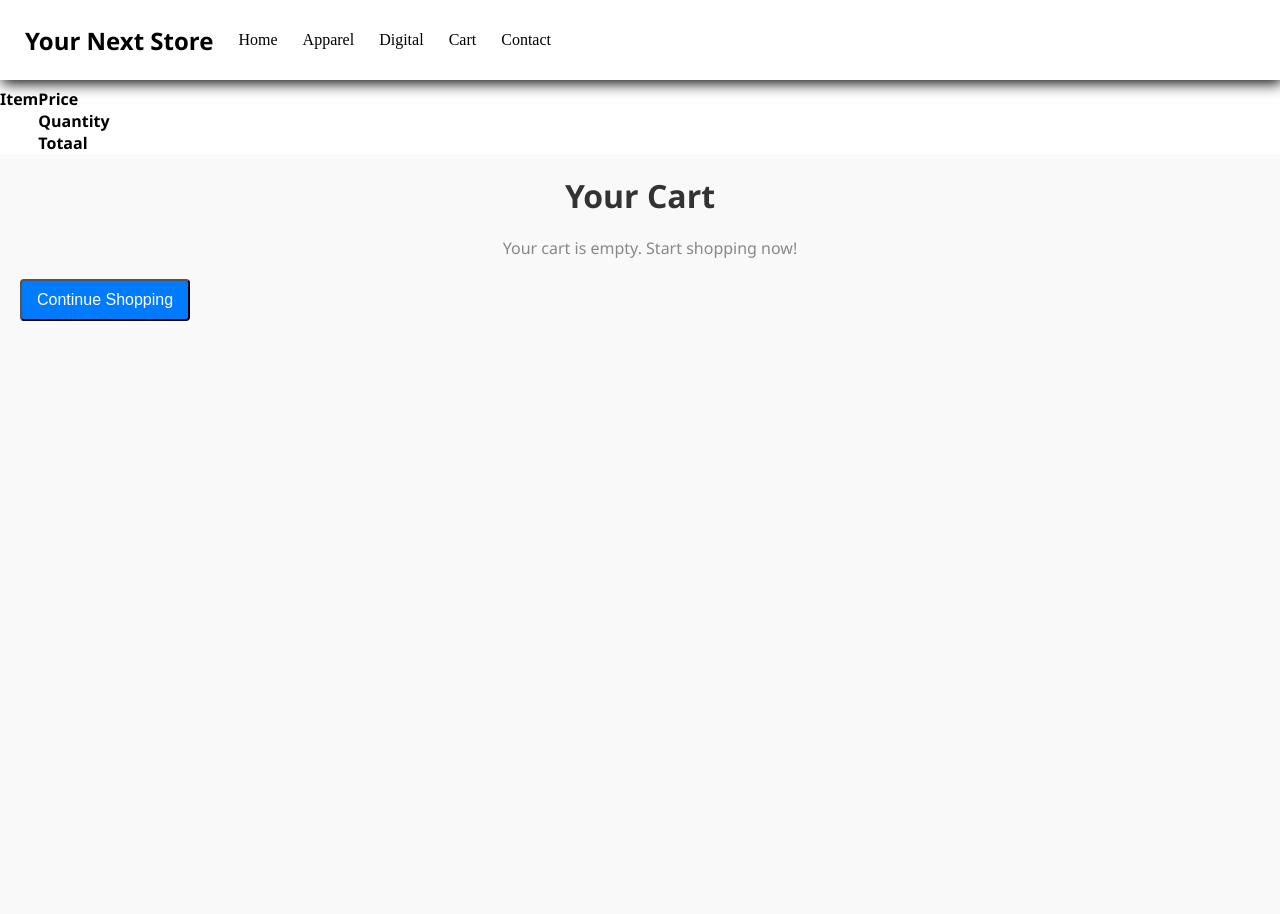
Repository: Sharathguru/React_Project1
Page: /cart
These files come from the project's save history. The page is drawn as it stood at one moment and after a run of saves; the edit follows.
The browser window is 1280 px wide. The pictures show the whole page.
The project was rebuilt for these pictures with package versions that can differ from the ones it lists, and the page was loaded fresh each time. Also part of the build but not shown: vite.config.js, src/Component/Main/Main1.jsx, src/Component/Main/Cloud.jsx, src/Component/Home.jsx, src/Component/NavbarComponent/Apparel.jsx, src/Component/NavbarComponent/Digital.jsx, src/Component/Contact.jsx, src/Component/Main/Signup.jsx and 3 more.

Above is the page before, as saved 2025-01-17 10:48:01.

### src/main.jsx
import { StrictMode } from 'react'
import { createRoot } from 'react-dom/client'

import App from './App.jsx'


createRoot(document.getElementById('root')).render(

  <App></App>

)

### src/App.jsx
import React, { useState } from 'react';
import { createBrowserRouter, RouterProvider } from 'react-router-dom';
import Home from './Component/Home';
import Apparel from './Component/NavbarComponent/Apparel';
import Digital from './Component/NavbarComponent/Digital';
import Contact from './Component/Contact';
import Signup from './Component/Main/Signup';
import LoginPage from './Component/Main/LoginPage';
import Cart from './Component/NavbarComponent/Cart';

import './App.css';
import Terms from './Component/Main/Terms';

const App = () => {
  const [cartItems, setCartItems] = useState([]);

  const router = createBrowserRouter([
    {
      path: "/",
      element: <Signup />,
      children: [
        {
          path: "/terms",
          element: <Terms />,
        },
      ],
    },
    {
      path: "/login",
      element: <LoginPage />,
    },
    {
      path: "/home",
      element: <Home />,
    },
    {
      path: "/apparel",
      element: <Apparel cartItems={cartItems} setCartItems={setCartItems} />,
    },
    {
      path: "/digital",
      element: <Digital />,
    },
    {
      path: "/cart",
      element: <Cart cartItems={cartItems} setCartItems={setCartItems} />,
    },
    {
      path: "/contact",
      element: <Contact />,
    },
  ]);

  return (
    <div>
      <RouterProvider router={router} />
    </div>
  );
};

export default App;

### src/Component/NavbarComponent/Cart.jsx
import React, { useState } from "react";
import { Link } from "react-router-dom";

const Cart = ({ cartItems, setCartItems }) => {
  const handleRemoveFromCart = (productId) => {
    const updatedCart = cartItems.filter((item) => item.id !== productId);
    setCartItems(updatedCart);
  };

  const handleIncreaseQuantity = (productId) => {
    const updatedCart = cartItems.map((item) =>
      item.id === productId ? { ...item, quantity: item.quantity + 1 } : item
    );
    setCartItems(updatedCart);
  };

  const handleDecreaseQuantity = (productId) => {
    const updatedCart = cartItems.map((item) =>
      item.id === productId && item.quantity > 1
        ? { ...item, quantity: item.quantity - 1 }
        : item
    );
    setCartItems(updatedCart);
  };

  return (
    <div>
      <div id="navbar">
        <nav id="navbar-items">
          <div id="navbar-title">
            <h1>Your Next Store</h1>
          </div>
          <Link className="link" to="/home">Home</Link>
          <Link className="link" to="/Apparel">Apparel</Link>
          <Link className="link" to="/digital">Digital</Link>
          <Link className="link" to="/cart">Cart</Link>
          <Link className="link" to="/contact">Contact</Link>
        </nav>
      </div>
      <br /><br /><br /><br />
    <div id="cart-item-navbar">
      <div  id="cart-item-1">
        <h4>Item</h4>
      </div>
      <div id="cart-tem-all">
        <h4>Price</h4>
        <h4>Quantity</h4>
        <h4>Totaal</h4>
      </div>
    </div>
      <div id="cart-content">
        <h1>Your Cart</h1>
        {cartItems && cartItems.length > 0 ? (
          cartItems.map((item) => (
            <div key={item.id} className="cart-item">
              <img src={item.img} alt={item.name} className="cart-item-image" />
              <div className="cart-item-details">
                <h2>{item.name}</h2>
                <p>Price: {item.price}</p>
                <div>
                  <input type="button" value="-" />
                  <input type="button" value="Add" />

                </div>
                <button
                  className="remove-button"
                  onClick={() => handleRemoveFromCart(item.id)}
                >
                  Remove
                </button>
              </div>
            </div>
          ))
        ) : (
          <p>Your cart is empty. Start shopping now!</p>
        )}
        <Link to="/Apparel">
          <button className="continue-shopping-button">Continue Shopping</button>
        </Link>
      </div>
    </div>
  );
};

export default Cart;

### src/App.css
* {
  margin: 0;
  padding: 0;
}
body
{
    font-family: 'Segoe UI', Tahoma, Geneva, Verdana, sans-serif;
}
#navbar {
    width: 100vw;
    height: 80px;
    background: white;
    box-shadow: 2px 3px 14px black;
    display: flex;
    align-items: center;
    justify-content: space-between;
    position: fixed; /* Change from static to fixed */
    top: 0; /* Ensure it sticks to the top of the viewport */
    z-index: 1000; /* Add z-index to make sure it appears above other content */

  }

#navbar-title h1
{
/* padding-bottom: 10px; */
font-weight: 700;
}

#navbar-items {

  width: 45%;
  display: flex;
  justify-content: space-evenly;
  align-items: center;
}


.link {
  text-decoration: none;
  color: black;
  font-size: 16px;
  font-family: "Times New Roman", Times, serif;
}

.link:hover {
  background: linear-gradient(45deg, black, rgb(232, 145, 4));
  -webkit-background-clip: text;
  background-clip: text;
  color: transparent;
}

#navbar-search {
    margin-right: 25px;
  flex-grow: 1;
  display: flex;
  justify-content: flex-end;
  padding-right: 10px;
  align-items: center;
}

#navbar-search input {
  width: 180px;
  height: 30px;
  border: 1px solid #ccc;
  border-radius: 4px;
  padding: 0 10px;
  font-size: 14px;
}
#navbar-search input::placeholder
{
font-size: 12px;
}

#navbar-search i,
#navbar-search a {
  padding-left: 10px;
  font-size: 16px;
  color: #888;
  cursor: pointer;
  text-decoration: none;
}

#navbar-search a:hover {
  background: linear-gradient(45deg, black, rgb(232, 145, 4));
  -webkit-background-clip: text;
  background-clip: text;
  color: transparent;
}

#navbar-icon i {
  padding-right: 20px;
  font-size: 20px;
  cursor: pointer;
  display: none;
}

#navbar-icon i:hover {
  background: linear-gradient(45deg, black, rgb(232, 145, 4));
  -webkit-background-clip: text;
  background-clip: text;
  color: transparent;
}
#home-part1 {
    background-color: rgb(247, 244, 244);
    margin: 100px 0 0 40px; /* Add top margin to prevent overlapping */
    width: 94vw;
    height: 480px;
    position: relative; /* Change position to relative to avoid sticky conflicts */
    display: flex;
    justify-content: space-evenly;
    align-items: center;
}

#home-part1 p
{
    padding-top: 10px;
    color: rgb(83, 79, 80);
}
#home-part1 button
{
    margin-top: 15px;
    background: rgb(46, 48, 49);
    border: none;
    border-radius: 20px;
    width: 90px;
    height: 30px;
    color: white;
    font-weight: bold;
    cursor: pointer;
}

#home-part1-img img
{
    width: 300px;
}
#home-part2
{

    display: flex;
    justify-content: space-evenly;
    flex-wrap: wrap;
    row-gap: 70px;

}
#cloud {
    background-color: rgb(222, 219, 219);
    margin: 10px 0 10px 0px;
    width: 25.4%;
    height: 340px;
    position: relative;
    border-radius: 10px;

}
#cloud img
{
    /* margin-left: 20px; */
    position: relative;
    left: -30px;
    bottom: 10px;
    right: 85px;
    width: 395px;
    height: 350px;
}
#cloud img:hover
{
opacity: 0.5;
transform: translateY(-10px);
}
#home-part2 h1
{
    /* padding-left: 35px; */
    font-size: 25px;
}
#cloud p:first-child {
    padding-left: 80px;
    font-size: 20px;
}

#home-part2a
{
    margin: 20px 0 0 0;
    width: 94vw;
    display: flex;
    justify-content: space-around;

}
#cloud1 img
{
    width: 500px;
    border-radius: 10px;
}
#cloud1a img
{
    width: 500px;
    border-radius: 10px;
}
#para p
{
    margin-right: 20px;
}
#cloud1:hover , #cloud1a:hover {
    opacity: 0.7;
}



/* Outer container */
#border-down {
  margin-top: 20px;
  background-color: rgb(240, 240, 240);
  height: 220px;
  position: relative;
  width: 100%;
  display: flex; /* Flexbox for alignment */
  justify-content: space-between; /* Space between left and right sections */
  align-items: center;
  padding: 20px;
  box-sizing: border-box;
}

/* Left Section */
#details-product-left {
  display: flex;
  flex-direction: column;
  justify-content: center;
  align-items: flex-start;
}

#details-product-left h1 {
  font-size: 18px;
  margin-bottom: 10px;
}

#details-product-left input {
  padding: 8px;
  border: 1px solid #ccc;
  border-radius: 4px;
  margin-right: 10px;
}

#details-product-left button {
  background-color: #1a202c;
  color: #fff;
  border: none;
  padding: 8px 16px;
  border-radius: 4px;
  cursor: pointer;
}

/* Right Section */
#details-product-right {
  display: flex;
  justify-content: space-between;
  align-items: flex-start;
  gap: 50px; /* Space between Products and Support */
}

#details-Product,
#details-Product1 {
  text-align: left;
}

#details-Product h4,
#details-Product1 h4 {
  font-size: 16px;
  margin-bottom: 10px;
}

#details-Product a,
#details-Product1 a {
  text-decoration: none;
  color: #333;
  font-size: 14px;
}

#details-Product a:hover,
#details-Product1 a:hover {
  text-decoration: underline;
}

/* Outer container */
#border-down {
  margin-top: 20px;
  background-color: rgb(240, 240, 240);
  height: 250px;
  position: relative;
  width: 100%;
  display: flex;
  justify-content: space-between;
  align-items: center;
  padding: 20px;
  box-sizing: border-box;
}

/* Left Section */
#details-product-left {
  display: flex;
  flex-direction: column;
  justify-content: flex-start;
  align-items: flex-start;
  gap: 10px;
}

#details-product-left h1 {
  font-size: 18px;
  margin-bottom: 5px;
}

#details-product-left input {
  padding: 8px;
  border: 1px solid #ccc;
  border-radius: 4px;
  margin-right: 10px;
  width: 250px;
}

#details-product-left button {
  background-color: #1a202c;
  color: #fff;
  border: none;
  padding: 8px 16px;
  border-radius: 10px;
  cursor: pointer;
  margin-top: 10px;
}

/* Right Section */
#details-product-right {
  display: flex;
  justify-content: flex-end;
  align-items: flex-start;
  gap: 50px;
}

#details-Product,
#details-Product1 {
  text-align: left;
}

#details-Product h4,
#details-Product1 h4 {
  font-size: 16px;
  margin-bottom: 10px;
}

#details-Product a,
#details-Product1 a {
  text-decoration: none;
  color: #333;
  font-size: 14px;
}

#details-Product a:hover,
#details-Product1 a:hover {
  text-decoration: underline;
}

/* Footer Section */
#footer {
  /* text-align: center; */
  padding: 15px 0;
  font-size: 14px;
  color: #555;
  background-color: rgb(240, 240, 240);
  border-top: 1px solid #ddd;
}

#footer p {
  margin: 5px 0;
}
#Apparel-heading
{
  padding-top: 10px;
  padding-left: 30px;
}
#Apparel-heading h3
{
font-size: 1.5rem;
}
#Apparel-heading p
{
color: #888;
}

#Apparel-detail {
  margin-top: 20px;
  display: flex;
  justify-content: space-evenly;
  flex-wrap: wrap; /* Ensure items wrap on smaller screens */
  /* gap: 10px;  */
  column-gap: 10px;
  row-gap: 120px;
  width: 100%; /* Ensure container fits within the viewport */
}

.Apparel-items-box {
  margin: 0; /* Remove extra margin */
  border-radius: 10px;
  /* background-color: #9e2626; */
  width: 25%; /* Adjust as needed for layout */
  height: 340px;
  box-sizing: border-box;

}

.Apparel-item-all img {
  width: 315px; /* Scale image to fit its container */
  height: 339px; /* Ensure image stretches to container height */
 border-radius: 20px;
}

.Apparel-item-all img:hover
{
opacity: 0.5;
transform: translateY(-5px);
cursor: pointer;
}

.Apparel-item-all h1
{
 margin: 40px  0 0 0;
font-size: 1.3rem;
text-align: center;
}
.Apparel-item-all p
{
text-align: center;
}

/* Target the 10th Apparel-items-box */
.Apparel-items-box:nth-child(10) {
 margin-right: 63%;
}
#Digital-title h2,p
{
  padding-left: 20px;
}
#Digital-title p
{
color: #888;
}
#Digital-item
{
  display: flex;
  flex-wrap: wrap;
  justify-content: space-evenly;
}

.Digital-item-all
{
  margin: 30px 0 0 30px;

}
.Digital-item-all img
{
  border-radius: 10px;
  width: 370px;
  transform: translateY(-10px);
}
/* General Contact Form Styling */
#contact {
  margin: 40px auto;
  padding: 20px;
  max-width: 600px;
  border: 1px solid #ddd;
  border-radius: 8px;
  background-color: #f9f9f9;
}

#contact-item {
  text-align: center;
}

#contact-item h3 {
  font-size: 24px;
  color: #333;
  margin-bottom: 20px;
}

/* Contact Form Container */
#contact-item-all {
  display: flex;
  flex-direction: column;
  gap: 15px;
}

/* Input and Textarea Styling */
.item-all-contact label {
  font-size: 16px;
  color: #333;
  margin-bottom: 8px;
  text-align: left;
  display: block;
}

.item-all-contact input,
.item-all-contact textarea {
  padding: 10px;
  font-size: 16px;
  width: 100%;
  border: 1px solid #ccc;
  border-radius: 4px;
  margin-bottom: 10px;
  box-sizing: border-box;
}

.item-all-contact input:focus,
.item-all-contact textarea:focus {
  border-color: #6c757d;
  outline: none;
}

/* Button Styling */
button[type="submit"] {
  width: 200px;
  padding: 12px 20px;
  margin-left: 200px;
  font-size: 16px;
  color: #fff;
  background-color: #383534;
  border: none;
  border-radius: 10px;
  cursor: pointer;
  transition: background-color 0.3s ease;
}

button[type="submit"]:hover {
  background-color: #0056b3;
}

.buy-now-button {
  background-color: #ff5722;
  color: white;
  border: none;
  padding: 10px 15px;
  border-radius: 5px;
  font-size: 14px;
  cursor: pointer;
  transition: background-color 0.3s ease, transform 0.2s ease;
}

.buy-now-button:hover {
  background-color: #e64a19;
  transform: scale(1.05);
}

.buy-now-button:active {
  background-color: #d84315;
  transform: scale(1);
}

#already-login
{
 padding: 5px 0 0 60px;
  font-size: 0.43rem;
}
.Login-signup
{
  padding-left: 5px;
  text-decoration: none;
}

#Subscribe-group
{
  position: relative;
  top: 100px;
}


/* Cart Container */
#cart-content {
  padding: 20px;
  background-color: #f9f9f9;
  min-height: 100vh;
}

#cart-content h1 {
  text-align: center;
  font-size: 2rem;
  color: #333;
  margin-bottom: 20px;
}

.cart-item {
  display: flex;
  align-items: center;
  justify-content: space-between;
  background-color: #fff;
  padding: 20px;
  border-radius: 8px;
  margin-bottom: 15px;
  box-shadow: 0 2px 4px rgba(0, 0, 0, 0.1);
}

.cart-item img {
  width: 100px;
  height: 100px;
  /* object-fit: cover; */
  border-radius: 8px;
}

.cart-item-details {
  flex-grow: 1;
  margin-left: 20px;
}

.cart-item-details h2 {
  font-size: 1.2rem;
  color: #333;
}

.cart-item-details p {
  font-size: 1rem;
  color: #555;
}

.remove-button {
  background-color: #ff4d4d;
  color: white;
  border: none;
  padding: 10px 15px;
  cursor: pointer;
  border-radius: 4px;
  transition: background-color 0.3s ease;
}

.remove-button:hover {
  background-color: #e60000;
}

.continue-shopping-button {
  background-color: #007bff;
  color: white;
  padding: 10px 15px;
  text-decoration: none;
  border-radius: 4px;
  font-size: 1rem;
  margin-top: 20px;
  display: inline-block;
  text-align: center;
}

.continue-shopping-button:hover {
  background-color: #0056b3;
}

/* Empty Cart Message */
#cart-content p {
  text-align: center;
  font-size: 1rem;
  color: #888;
  margin-top: 20px;
}
#cart-item-navbar
{

  display: flex;

}










/* Mobile view adjustments */
@media screen and (max-width: 500px) {
  #navbar-items {
    display: none; /* Hide the navbar items */
  }

  #navbar-search {
    display: none; /* Hide the search bar */
  }

  #navbar-icon i {
    display: block; /* Show the icon */
  }
}
@media (max-width: 768px) {
  #contact {
    padding: 15px;
  }

  #contact-item-all {
    gap: 10px;
  }

  button[type="submit"] {
    font-size: 14px;
    padding: 10px 16px;
  }
}

### src/Component/Main/Signup.css
* {
    padding: 0;
    margin: 0;
  }

  #signup-heading {
    width: 100vw;
    height: 100vh;
    border-radius: 20px;
    position: relative;
    display: flex;
    justify-content: space-evenly;
    align-items: center;
    background: linear-gradient(190deg, rgb(243, 235, 235), rgb(237, 147, 147));
    animation: fadeIn 1.5s ease-in-out;
  }
  #signup-details h1
  {
    margin-bottom: 20px;
    text-align: center;

  }
  .signup-group {
    position: relative;
    margin-bottom: 20px;
    animation: slideIn 1.2s ease-in-out;
    margin-left: 30px;
  }

  .signup-group i {
    margin-left: 10px;
    position: absolute;
    transform: translateY(70%);
    color: #555;
    transition: color 0.3s ease;
  }

  .signup-group input[type="text"],
  .signup-group input[type="email"],
  .signup-group input[type="password"] {
    width: 300px;
    padding: 10px 40px;
    border: 1px solid #ddd;
    border-radius: 5px;
    font-size: 16px;
    color: #555;
    outline: none;
    transition: all 0.3s ease;
    box-sizing: border-box;
  }

  .signup-group input[type="text"]:focus,
  .signup-group input[type="email"]:focus,
  .signup-group input[type="password"]:focus {
    border-color: #007bff;
    box-shadow: 0 0 5px rgba(0, 123, 255, 0.5);
  }

  .signup-group input[type="text"]:hover,
  .signup-group input[type="email"]:hover,
  .signup-group input[type="password"]:hover {
    background-color: #f9f9f9;
  }

  .signup-group input[type="text"]:focus + i,
  .signup-group input[type="email"]:focus + i,
  .signup-group input[type="password"]:focus + i {
    color: #007bff;
  }

  #signup-heading img {
    width: 400px;
    border-radius: 20px;
    animation: bounceIn 2s ease-in-out;
  }

  input[type="checkbox"] {

    cursor: pointer;

    margin: 25px 10px 0 0 ;

  }

  input[type="submit"] {
    width: 300px;
    padding: 10px;
    background: #007bff;
    color: #fff;
    border: none;
    border-radius: 5px;
    font-size: 16px;
    cursor: pointer;
    transition: background 0.3s ease;
    animation: zoomIn 1s ease-in-out;
    margin-left: 27px;
  }

  input[type="submit"]:hover {
    background: #0056b3;
  }

  span {
    font-size: 14px;
    color: #555;
  }
#checkbox:hover + span
  {
    font-size: 14px;
    color: black;
  }


  /* Animations */

  @keyframes fadeIn {
    from {
      opacity: 0;
      transform: translateY(-20px);
    }
    to {
      opacity: 1;
      transform: translateY(0);
    }
  }

  @keyframes slideIn {
    from {
      opacity: 0;
      transform: translateX(-20px);
    }
    to {
      opacity: 1;
      transform: translateX(0);
    }
  }

  @keyframes bounceIn {
    10% {
      opacity: 0;
      transform: scale(0.5);
    }
    10% {
      opacity: 1;
      transform: scale(1.2);
    }
    100% {
      transform: scale(1);
    }
  }

  @keyframes zoomIn {
    from {
      transform: scale(0.8);
      opacity: 0;
    }
    to {
      transform: scale(1);
      opacity: 1;
    }
  }

Loaded but not shown: index.html (common file)

After the next 6 saves:
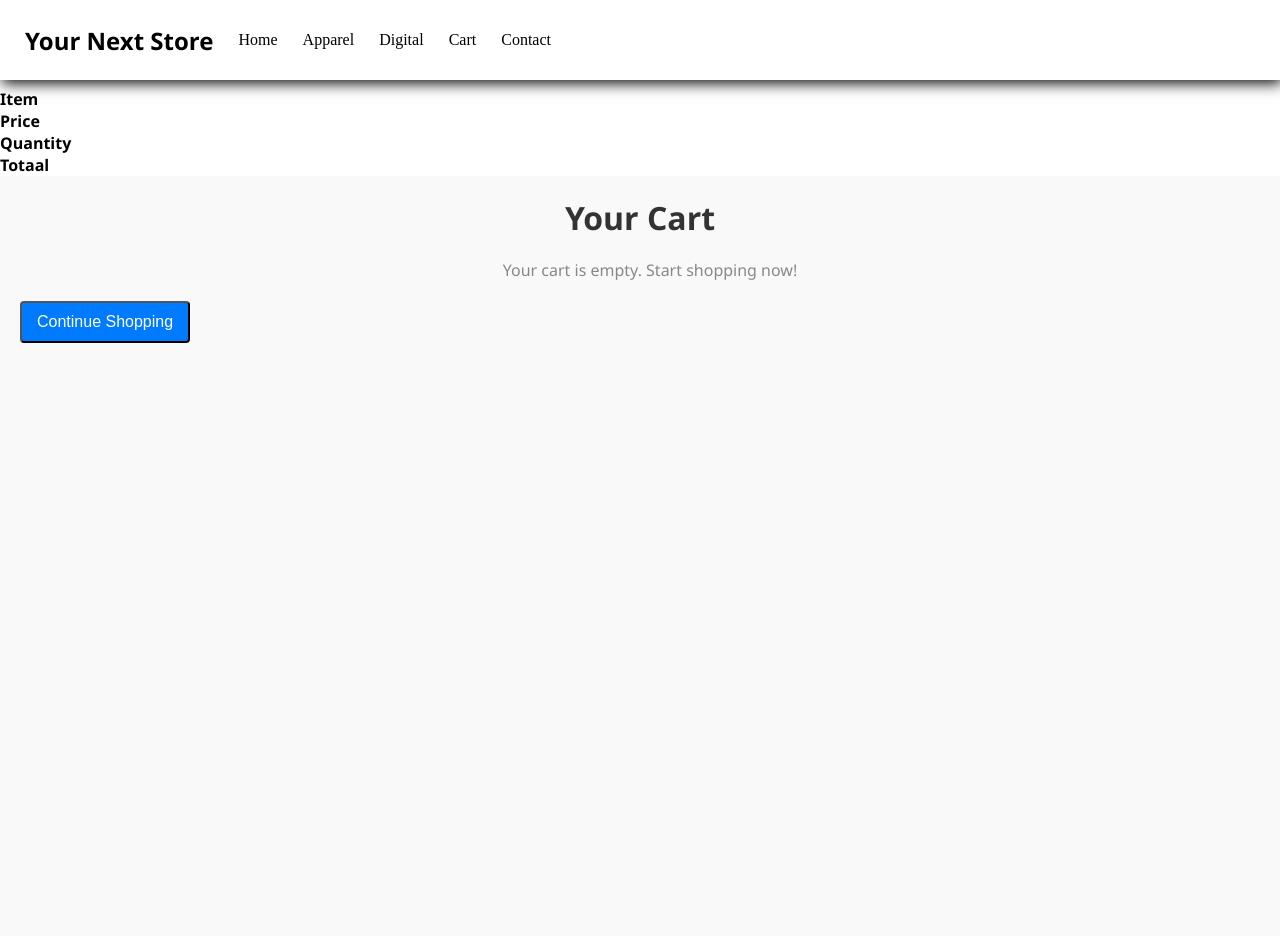
The 6 saves are shown as one change because they came seconds apart.
The last was saved 15 s later.
--- a/src/App.css
+++ b/src/App.css
@@ -651,7 +651,7 @@
   color: #888;
   margin-top: 20px;
 }
-#cart-item-navbar
+#cart-item-navbar>div:nth-child(1)
 {
 
   display: flex;
